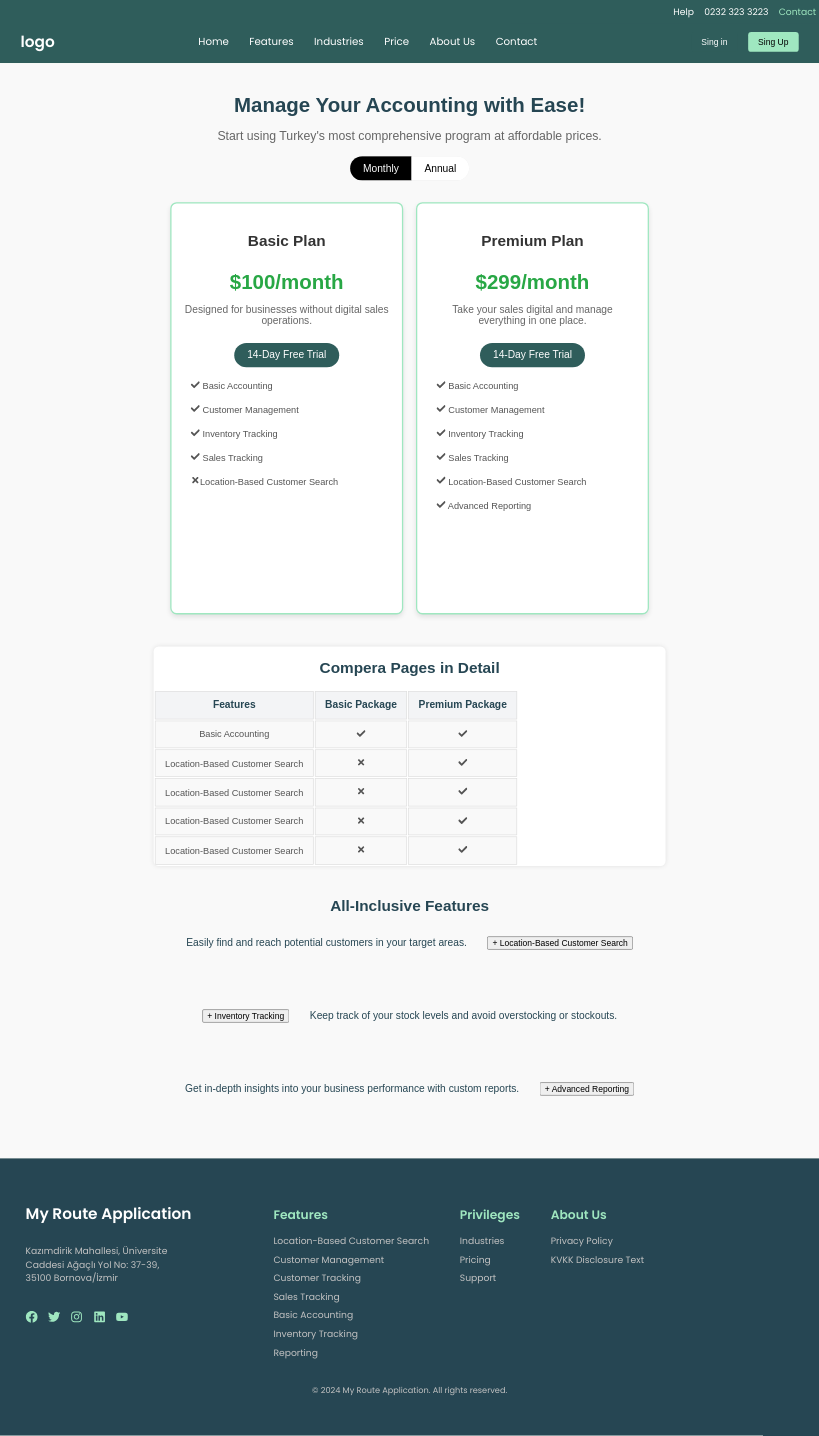
Repository: senolinanyasar/myrouteapplication
Page: /pricing
The author's editor kept a copy of each file at every save. The page is drawn from the files as they stood at one save, then again after the next save.
The browser window is 1280 px wide. The pictures show the whole page, at 64% of full size.
The project was rebuilt for these pictures with package versions that can differ from the ones it lists, and the page was loaded fresh each time. Also part of the build but not shown: vite.config.js, src/components/HeroSection.css, src/components/HeroSection.js, src/components/FeaturesSection.js, src/components/PricingSection.css, src/components/PricingSection.js, src/components/SupportSection.css, src/components/SupportSection.js and 3 more.

Above is the page before, as saved 2024-11-16 22:07:38.

After the next save:
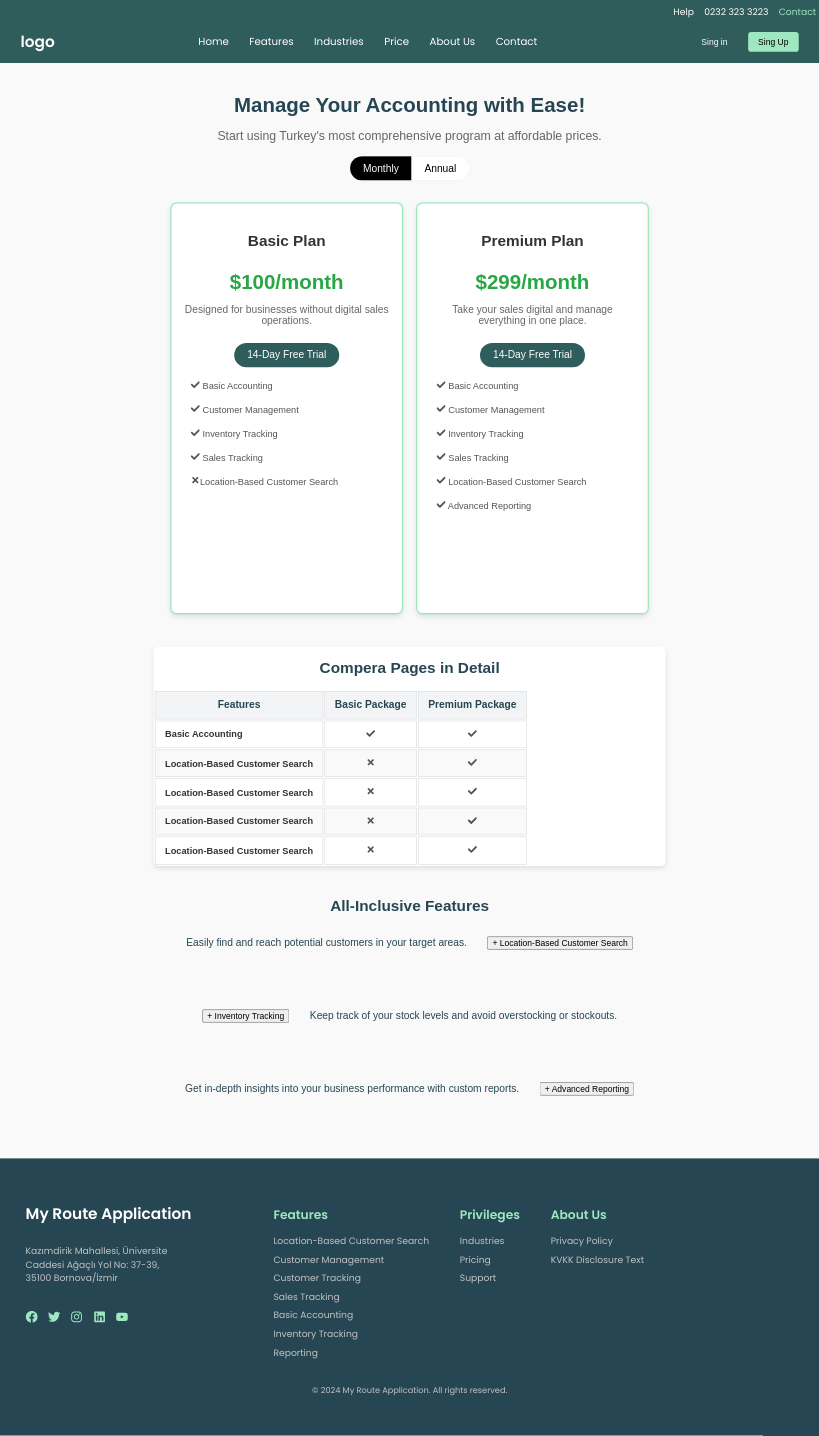
Saved 98 s later.
--- a/src/components/PricingPage.css
+++ b/src/components/PricingPage.css
@@ -126,18 +126,18 @@
 .premium-plan{
     border: 2px solid #9fe7c0;
 }
-.comparison-table-container{
+.comparison-table-container {
     padding: 20px;
     background-color: #f9f9f9;
     text-align: center;
-
-}
-
-.comparison-table-container h2{
+  }
+
+  .comparison-table-container h2 {
     font-size: 1.8rem;
     margin-bottom: 20px;
-}
-.comparison-table {
+  }
+
+  .comparison-table {
     width: 100%;
     max-width: 800px;
     margin: 0 auto;
@@ -146,37 +146,51 @@
     background: #fff;
     border-radius: 8px;
     overflow: hidden;
-    box-shadow: 0 0px 8px rgba(0, 0, 0, 0.1);
-}
-.comparison-table th,
-.comparison-table td {
+    box-shadow: 0 4px 8px rgba(0, 0, 0, 0.1);
+  }
+
+  .comparison-table th,
+  .comparison-table td {
     border: 1px solid #ddd;
     padding: 12px 15px;
     text-align: center;
-}
-.comparison-table th{
+  }
+
+  .comparison-table th {
     background-color: #f3f4f6;
     font-size: 1rem;
     font-weight: bold;
-}
-.comparison-table td{
+  }
+
+  .comparison-table td {
     font-size: 0.9rem;
     color: #555;
-}
-.comparison-table tbody:nth-child(even){
+  }
+
+  .comparison-table td:first-child {
+    text-align: left;
+    font-weight: bold;
+    color: #333;
+  }
+
+  .comparison-table tbody tr:nth-child(even) {
     background-color: #f9f9f9;
-}
-.comparison-table tbody tr:hover{
+  }
+
+  .comparison-table tbody tr:hover {
     background-color: #f1f1f1;
-}
-.icon-check{
+  }
+
+  .icon-check {
     color: #28a745;
     font-size: 1.2rem;
-}
-.icon-times{
+  }
+
+  .icon-times {
     color: #dc3545;
     font-size: 1.2rem;
-}
+  }
+
 .features-expand{
     margin-top: 3rem;
 }
